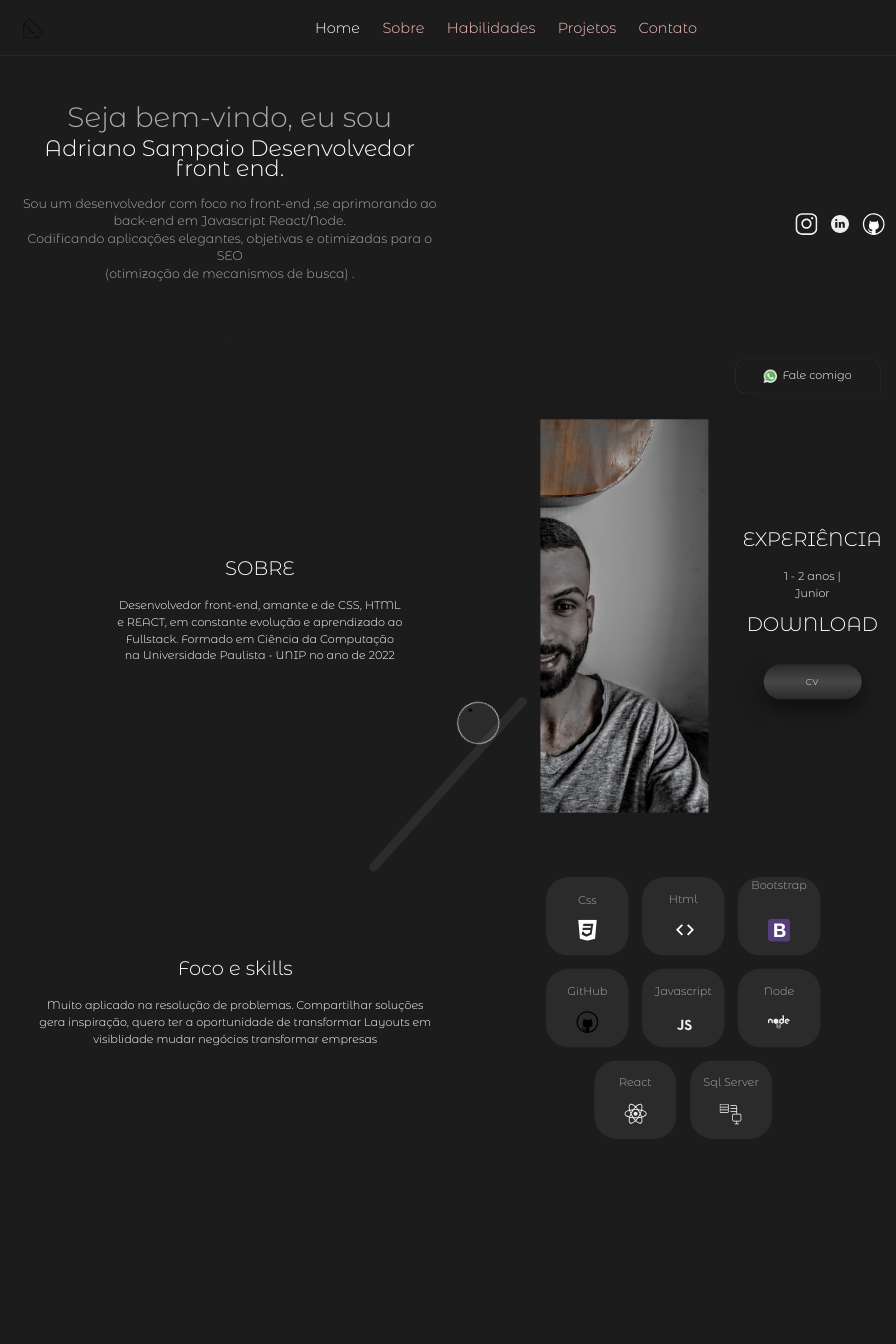
Repository: adrianodisam/NovoPortifolio
Page: /
An editor plug-in stored every save of this project. The page is shown before and after the next save, followed by the edit.
The browser window is 1280 px wide. The pictures show the part of the page from y = 0 to 1920 px (the page is 3024 px tall), at 70% of full size.
The project was rebuilt for these pictures with package versions that can differ from the ones it lists, and the page was loaded fresh each time. Imported but missing from the stored project, and not drawn on this page: src/componentes/Download/Adriano.pdf.

Above is the page before, as saved 2024-11-02 16:35:17.

After the next save:
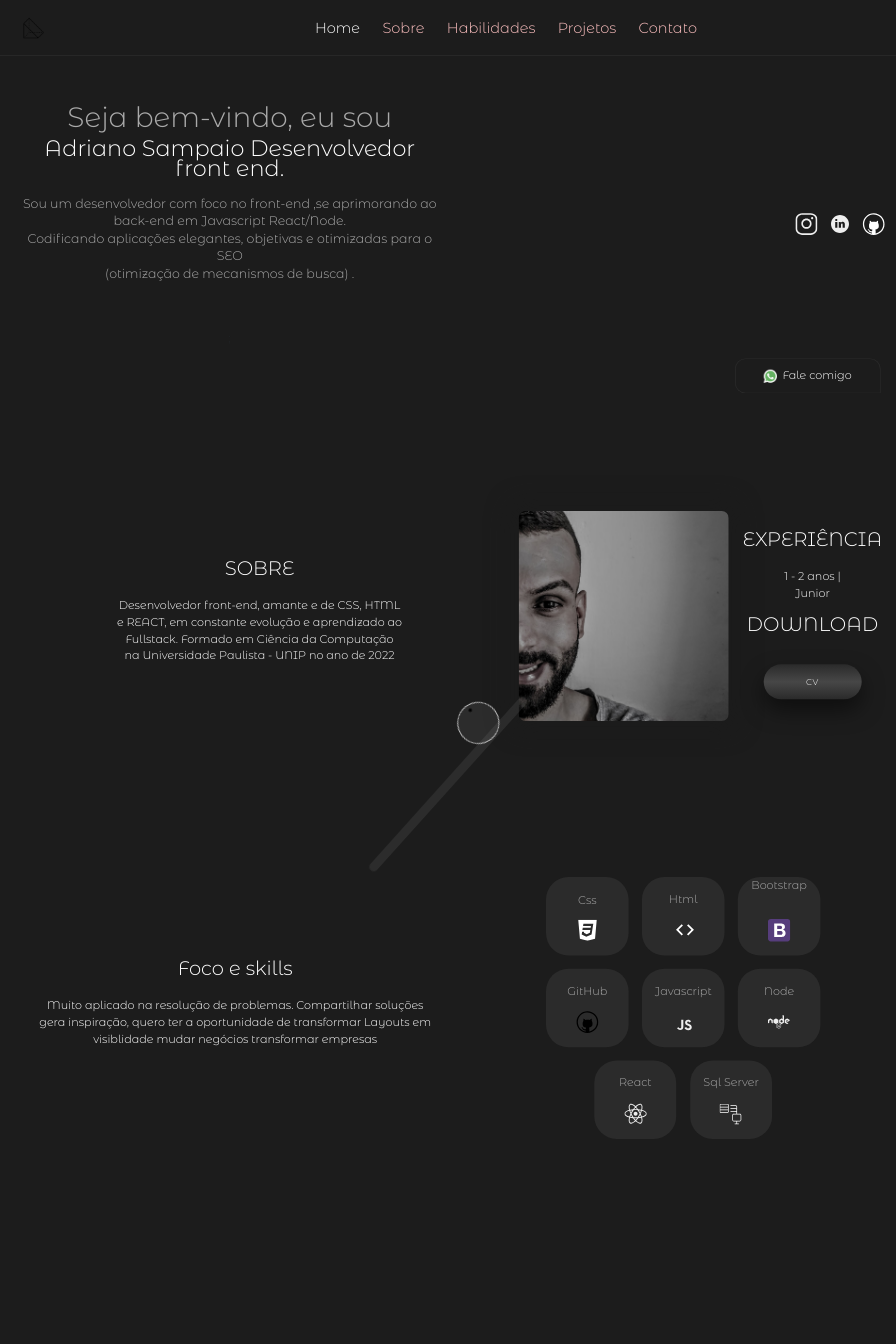
Saved 23 s later.
--- a/src/componentes/FotoSobre/FotoSobre.module.css
+++ b/src/componentes/FotoSobre/FotoSobre.module.css
@@ -6,16 +6,17 @@
   /* border: solid 4px var(--CorBorda); */
   /* border-radius: 50%; */
   /* background: hsla(0, 0%, 67%, 0.1); */
-  border-radius: 10px; /* Raio para bordas arredondadas */
-  box-shadow: 0 0 30px 15px rgba(28, 28, 28, 0.8); /* Sombra esfumaçada */
 }
 
 .Container img {
   display: flex;
   width: 15rem;
   transition: all 0.4s;
+  width: 300px; /* Ajuste o tamanho conforme necessário */
+  height: 300px; /* Ajuste o tamanho conforme necessário */
   object-fit: cover;
-
+  border-radius: 10px; /* Raio para bordas arredondadas */
+  box-shadow: 0 0 30px 15px rgba(28, 28, 28, 0.8); /* Sombra esfumaçada */
 }
 
 
